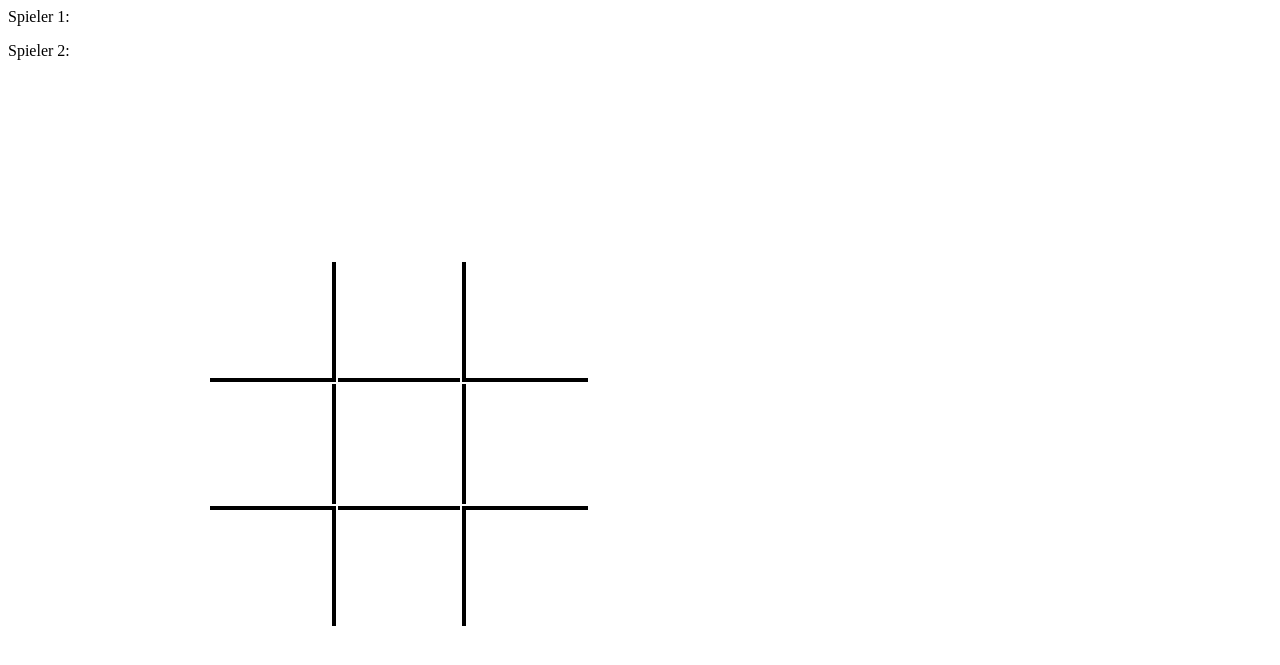
Repository: BKMaster94/Proggen_testat_2
Page: Proggen_testat_2/HTML/Index.html
The author's editor kept a copy of each file at every save. The page is drawn from the files as they stood at one save, then again after the next save.
The browser window is 1280 px wide. The pictures show the whole page.

Above is the page before, as saved 2017-06-09 13:03:38.

### Proggen_testat_2/HTML/Index.html
<!DOCTYPE HEAD PUBLIC "-//W3C//DTD HTML 4.01 Transitional//EN" "http://www.w3.org/TR/html4/loose.dtd">
<HTML>
<HEAD>
	<meta name="Dokumentbe4schreibung" content="Index">
	<meta name="viewport" content="width=device-width, initial-sclae=1.0">
	<title>TicTacTo</title>

	<style>
	#table{
		font: bold 100px 'Comic Sans';
		margin-left:2em;
		margin-top:2em;
		display: table;
	}

	table tr th{
		width: 120px;
		height: 120px;
	}

	#S1Z_Eins{
		border-right: 4px solid black;
		border-bottom: 4px solid black;
	}
	#S1Z_Zwei
	{
		border-bottom: 4px solid black;
	}
	#S1Z_Drei
	{
		border-left: 4px solid black;
		border-bottom: 4px solid black;
	}
	#S2Z_Eins{
		border-right: 4px solid black;
	}
	#S2Z_Zwei
	{
		border-radius:: 2px;
	}
	#S2Z_Drei
	{
		border-left: 4px solid black;
		border-radius:: 2px;

	}
	#S3Z_Eins{
		border-right: 4px solid black;
		border-top: 4px solid black;
	}
	#S3Z_Zwei
	{
		border-top: 4px solid black;
	}
	#S3Z_Drei
	{
		border-left: 4px solid black;
		border-top: 4px solid black;
	}
	</style>
</HEAD>

<BODY>
<div> Spieler 1: </p> <p> Spieler 2: </p>



	<table id="table">
		<tr id="S_Eins">
			<th id="S1Z_Eins" onclick="WerlcherDarfClicken(this.id);"></th>
			<th id="S1Z_Zwei" onclick="WerlcherDarfClicken(this.id);"></th>
			<th id="S1Z_Drei" onclick="WerlcherDarfClicken(this.id);"></th>
		</tr>
		<tr id="S_Zwei">
			<th id="S2Z_Eins" onclick="WerlcherDarfClicken(this.id);"></th>
			<th id="S2Z_Zwei" onclick="WerlcherDarfClicken(this.id);"></th>
			<th id="S2Z_Drei" onclick="WerlcherDarfClicken(this.id);"></th>
		</tr>
		<tr id="S_Drei">
		 	<th id="S3Z_Eins" onclick="WerlcherDarfClicken(this.id);"></th>
			<th id="S3Z_Zwei" onclick="WerlcherDarfClicken(this.id);"></th>
			<th id="S3Z_Drei" onclick="WerlcherDarfClicken(this.id);"></th>
		</tr>

	</table>

</BODY>

<script type="text/javascript">
var player1 = true;
var player2 = false;

function WerlcherDarfClicken(el){
	if(player1 == true ){
		player2 = false;
		document.getElementById(el).innerHTML='x';
	}
	if(player2 == true){
		player1 = false;
		document.getElementById(el).innerHTML='o';
	}
}

</script>
</HTML>

After the next save:
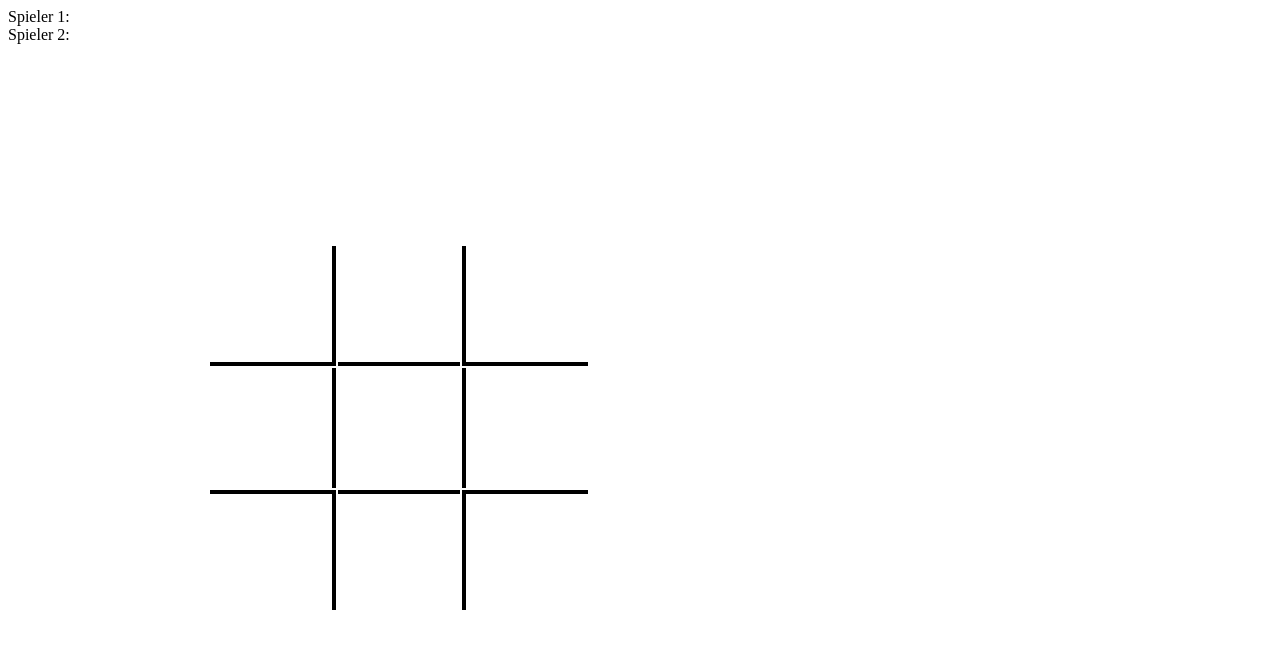
Saved 9 s later.
--- a/Proggen_testat_2/HTML/Index.html
+++ b/Proggen_testat_2/HTML/Index.html
@@ -61,7 +61,7 @@
 </HEAD>
 
 <BODY>
-<div> Spieler 1: </p> <p> Spieler 2: </p>
+<div> Spieler 1: </div> <div> Spieler 2: </div>
 
 
 
